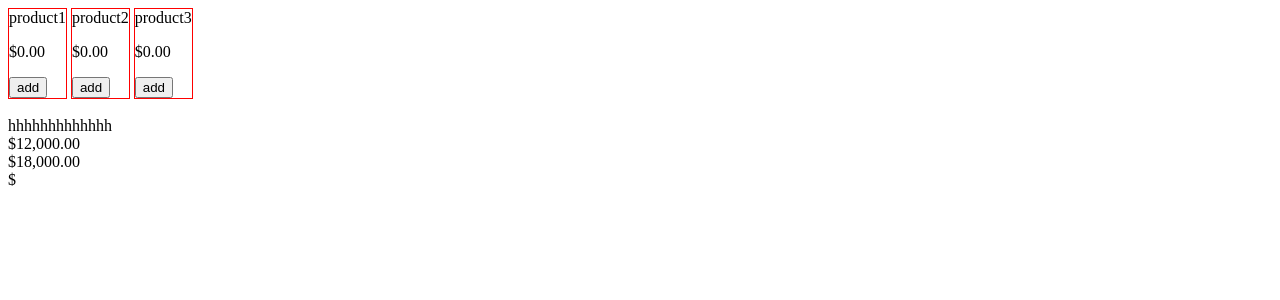
Repository: quynh232000/javascript-basic
Page: Lab5/demo.html
The author's editor kept a copy of each file at every save. The page is drawn from the files as they stood at one save, then again after the next save.
The browser window is 1280 px wide. The pictures show the whole page.

Above is the page before, as saved 2023-07-27 22:51:53.

### Lab5/demo.html
<!DOCTYPE html>
<html lang="en">
  <head>
    <meta charset="UTF-8" />
    <meta name="viewport" content="width=device-width, initial-scale=1.0" />
    <title>Document</title>
  </head>
  <body>
    <div class="left">
      <div class="item" style="border: 1px solid red; display: inline-block">
        product1
        <div>
          <p class="price">10</p>
          <span><button class="btn">add</button></span>
        </div>
      </div>
      <div class="item" style="border: 1px solid red; display: inline-block">
        product2
        <div>
          <p class="price">10</p>

          <span><button class="btn">add</button></span>
        </div>
      </div>
      <div class="item" style="border: 1px solid red; display: inline-block">
        product3
        <div>
          <p class="price">10</p>

          <span><button class="btn">add</button></span>
        </div>
      </div>
    </div>
    <br />
    <div>hhhhhhhhhhhhh</div>
    <div class="test price" price="12000"></div>
    <div class="name price" price="18000"></div>
    <div class="right"></div>
    <div class="show">$</div>
    <script>
      let a = document.querySelector(".left");
      let b = document.querySelector(".right");
      let s = document.querySelector(".show");
      const btnEl = document.querySelectorAll(".left .btn");

      let total = 0;
      let btnDeletes = [];
      const VND = new Intl.NumberFormat("en-EN", {
        style: "currency",
        currency: "USD",
      });
      document.querySelectorAll(".price").forEach((item) => {
        item.textContent = VND.format(item.getAttribute("price"));
      });
      btnEl.forEach((element) => {
        element.addEventListener("click", () => {
          const elParent = element.closest(".item");
          elParent.onclick = () => {
            total += +elParent.querySelector(".price").textContent;
            s.textContent = total + "";
            let cloneNode = elParent.cloneNode(true);
            b.appendChild(cloneNode);
            cloneNode.querySelector(".btn").textContent = "delete";
            deleteDom();
          };
        });
      });

      const deleteDom = () => {
        const deleteEl = document.querySelectorAll(".right .btn");

        deleteEl.forEach((element) => {
          console.log(123, deleteEl);
          element.addEventListener("click", () => {
            const elParent = element.closest(".item");
            elParent.onclick = () => {
              total -= +elParent.querySelector(".price").textContent;
              s.textContent = total + "";
              b.removeChild(elParent);
            };
          });
        });
      };
    </script>
  </body>
</html>

After the next save:
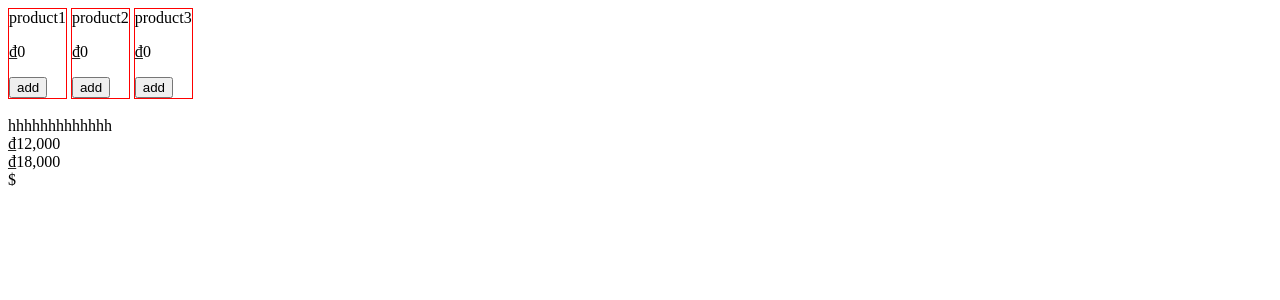
Saved 13 s later.
--- a/Lab5/demo.html
+++ b/Lab5/demo.html
@@ -47,7 +47,7 @@
       let btnDeletes = [];
       const VND = new Intl.NumberFormat("en-EN", {
         style: "currency",
-        currency: "USD",
+        currency: "VND",
       });
       document.querySelectorAll(".price").forEach((item) => {
         item.textContent = VND.format(item.getAttribute("price"));
